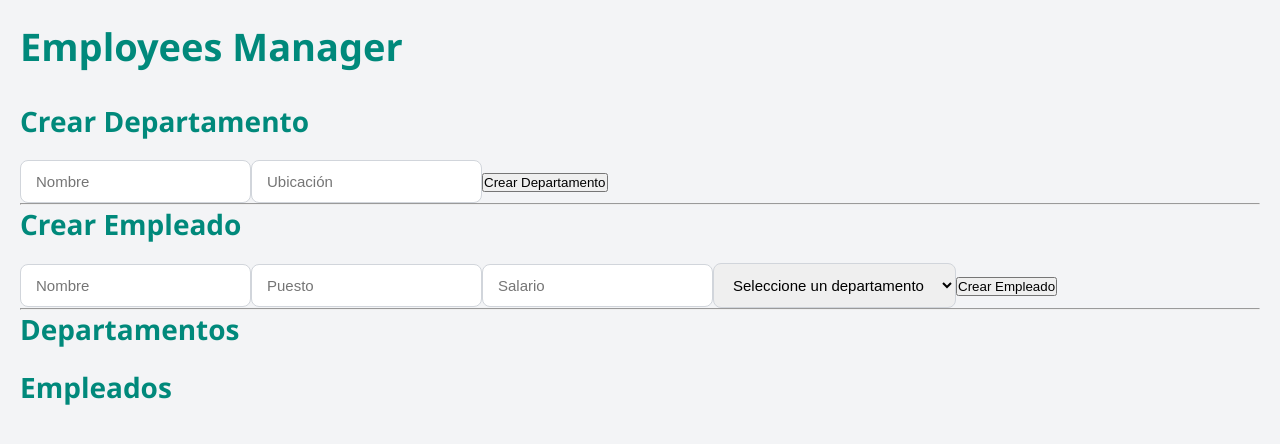
Repository: AnaSofiaRosero/parcial-4
Page: /
The author's editor kept a copy of each file at every save. The page is drawn from the files as they stood at one save, then again after the next save.
The browser window is 1280 px wide. The pictures show the whole page.
The project was rebuilt for these pictures with package versions that can differ from the ones it lists, and the page was loaded fresh each time. Also part of the build but not shown: vite.config.ts, src/index.css.

Above is the page before, as saved 2026-06-02 13:58:37.
Console error: TypeError: Cannot read properties of undefined (reading 'from')

### index.html
<!doctype html>
<html lang="en">
  <head>
    <meta charset="UTF-8" />
    <link rel="icon" type="image/svg+xml" href="/favicon.svg" />
    <meta name="viewport" content="width=device-width, initial-scale=1.0" />
    <title>employees-manager</title>
  </head>
  <body>
    <div id="root"></div>
    <script type="module" src="/src/main.tsx"></script>
  </body>
</html>

### src/App.tsx
import { useEffect, useState } from "react";
import { supabase } from "./supabaseClient";
import type { Departamento, Empleado } from "./types";
import "./App.css";

function App() {


  const [departamentos, setDepartamentos] = useState<Departamento[]>([]);
  const [empleados, setEmpleados] = useState<Empleado[]>([]);

  const [editandoDepartamento, setEditandoDepartamento] = useState<string | null>(null);
  const [editandoEmpleado, setEditandoEmpleado] = useState<string | null>(null);

  // Departamento
  const [nombre, setNombre] = useState("");
  const [ubicacion, setUbicacion] = useState("");

  // Empleado
  const [nombreEmpleado, setNombreEmpleado] = useState("");
  const [puesto, setPuesto] = useState("");
  const [salario, setSalario] = useState("");
  const [departamentoId, setDepartamentoId] = useState("");

  useEffect(() => {
    cargarDepartamentos();
    cargarEmpleados();
  }, []);

  const cargarDepartamentos = async () => {
    const { data, error } = await supabase
      .from("departamentos")
      .select("*");

    if (error) {
      console.log(error);
      return;
    }

    setDepartamentos(data || []);
  };

  const cargarEmpleados = async () => {
    const { data, error } = await supabase
      .from("empleados")
      .select("*");

    if (error) {
      console.log(error);
      return;
    }

    setEmpleados(data || []);
  };

  const crearDepartamento = async () => {
    if (!nombre.trim()) {
      alert("El nombre del departamento es obligatorio");
      return;
    }

    const { error } = await supabase
      .from("departamentos")
      .insert([
        {
          nombre,
          ubicacion,
        },
      ]);

    if (error) {
      console.log(error);
      return;
    }

    setNombre("");
    setUbicacion("");

    cargarDepartamentos();
  };

  const guardarDepartamento = async () => {
    if (!editandoDepartamento) return;

    const { error } = await supabase
      .from("departamentos")
      .update({
        nombre,
        ubicacion,
      })
      .eq("id", editandoDepartamento);

    if (error) {
      console.log(error);
      return;
    }

    setNombre("");
    setUbicacion("");
    setEditandoDepartamento(null);

    cargarDepartamentos();
  };

  const editarDepartamento = (departamento: Departamento) => {
    setEditandoDepartamento(departamento.id);
    setNombre(departamento.nombre);
    setUbicacion(departamento.ubicacion);
  };

  const crearEmpleado = async () => {
    if (
      !nombreEmpleado.trim() ||
      !puesto.trim() ||
      !salario ||
      !departamentoId
    ) {
      alert("Complete todos los campos");
      return;
    }

    const { error } = await supabase
      .from("empleados")
      .insert([
        {
          nombre: nombreEmpleado,
          puesto,
          salario: Number(salario),
          departamento_id: departamentoId,
        },
      ]);

    if (error) {
      console.log(error);
      return;
    }

    setNombreEmpleado("");
    setPuesto("");
    setSalario("");
    setDepartamentoId("");

    cargarEmpleados();
  };

  const guardarEmpleado = async () => {
    if (!editandoEmpleado) return;

    const { error } = await supabase
      .from("empleados")
      .update({
        nombre: nombreEmpleado,
        puesto,
        salario: Number(salario),
        departamento_id: departamentoId,
      })
      .eq("id", editandoEmpleado);

    if (error) {
      console.log(error);
      return;
    }

    setNombreEmpleado("");
    setPuesto("");
    setSalario("");
    setDepartamentoId("");
    setEditandoEmpleado(null);

    cargarEmpleados();
  };

  const editarEmpleado = (empleado: Empleado) => {
    setEditandoEmpleado(empleado.id);

    setNombreEmpleado(empleado.nombre);
    setPuesto(empleado.puesto);
    setSalario(String(empleado.salario));
    setDepartamentoId(empleado.departamento_id);
  };

  const eliminarEmpleado = async (id: string) => {
    const { error } = await supabase
      .from("empleados")
      .delete()
      .eq("id", id);

    if (error) {
      console.log(error);
      return;
    }

    cargarEmpleados();
  };

  const eliminarDepartamento = async (id: string) => {
    const { error } = await supabase
      .from("departamentos")
      .delete()
      .eq("id", id);

    if (error) {
      console.log(error);
      alert(
        "No puedes eliminar un departamento que tenga empleados asociados"
      );
      return;
    }

    cargarDepartamentos();
  };

  return (
    <div style={{ padding: "20px" }}>
      <h1>Employees Manager</h1>

      <h2>Crear Departamento</h2>

      <input
        type="text"
        placeholder="Nombre"
        value={nombre}
        onChange={(e) => setNombre(e.target.value)}
      />

      <input
        type="text"
        placeholder="Ubicación"
        value={ubicacion}
        onChange={(e) => setUbicacion(e.target.value)}
      />

      {editandoDepartamento ? (
        <button onClick={guardarDepartamento}>
          Guardar Cambios
        </button>
      ) : (
        <button onClick={crearDepartamento}>
          Crear Departamento
        </button>
      )}

      <hr />

      <h2>Crear Empleado</h2>

      <input
        type="text"
        placeholder="Nombre"
        value={nombreEmpleado}
        onChange={(e) => setNombreEmpleado(e.target.value)}
      />

      <input
        type="text"
        placeholder="Puesto"
        value={puesto}
        onChange={(e) => setPuesto(e.target.value)}
      />

      <input
        type="number"
        placeholder="Salario"
        value={salario}
        onChange={(e) => setSalario(e.target.value)}
      />

      <select
        value={departamentoId}
        onChange={(e) => setDepartamentoId(e.target.value)}
      >
        <option value="">
          Seleccione un departamento
        </option>

        {departamentos.map((departamento) => (
          <option
            key={departamento.id}
            value={departamento.id}
          >
            {departamento.nombre}
          </option>
        ))}
      </select>

      {editandoEmpleado ? (
        <button onClick={guardarEmpleado}>
          Guardar Cambios
        </button>
      ) : (
        <button onClick={crearEmpleado}>
          Crear Empleado
        </button>
      )}

      <hr />

      <h2>Departamentos</h2>

      {departamentos.map((departamento) => (
        <div key={departamento.id}>
          <p>
            <strong>{departamento.nombre}</strong>
          </p>

          <p>{departamento.ubicacion}</p>

          <button
            onClick={() =>
              editarDepartamento(departamento)
            }
          >
            Editar
          </button>

          <button
            onClick={() =>
              eliminarDepartamento(departamento.id)
            }
          >
            Eliminar
          </button>

          <hr />
        </div>
      ))}

      <h2>Empleados</h2>

      {empleados.map((empleado) => {
        const departamento = departamentos.find(
          (d) => d.id === empleado.departamento_id
        );

        return (
          <div key={empleado.id}>
            <p>
              <strong>{empleado.nombre}</strong>
            </p>

            <p>{empleado.puesto}</p>

            <p>Salario: ${empleado.salario}</p>

            <p>
              Departamento:{" "}
              {departamento?.nombre || "Sin departamento"}
            </p>

            <button
              onClick={() =>
                editarEmpleado(empleado)
              }
            >
              Editar
            </button>

            <button
              onClick={() =>
                eliminarEmpleado(empleado.id)
              }
            >
              Eliminar
            </button>

            <hr />
          </div>
        );
      })}
    </div>
  );
}

export default App;

### src/App.css
*{
  margin:0;
  padding:0;
  box-sizing:border-box;
}

body{
  background:#f3f4f6;
  font-family:'Segoe UI', Tahoma, Geneva, Verdana, sans-serif;
  color:#374151;
}

#root{
  width:100%;
  min-height:100vh;
}

.container{
  max-width:1200px;
  margin:auto;
  padding:30px;
}

h1{
  color:#00897b;
  margin-bottom:30px;
  font-size:38px;
}

h2{
  color:#00897b;
  margin-bottom:20px;
  font-size:28px;
}

.formSection{
  background:white;
  border-radius:12px;
  padding:25px;
  margin-bottom:30px;
  box-shadow:0 4px 20px rgba(0,0,0,.08);
}

.formSection h2{
  margin-bottom:20px;
}

.formRow{
  display:flex;
  gap:15px;
  flex-wrap:wrap;
}

input,
select{
  flex:1;
  min-width:180px;
  padding:12px 15px;
  border:1px solid #d1d5db;
  border-radius:8px;
  font-size:15px;
  outline:none;
}

input:focus,
select:focus{
  border-color:#009688;
}

.primaryBtn{
  background:#009688;
  color:white;
  border:none;
  padding:12px 20px;
  border-radius:8px;
  font-weight:600;
  cursor:pointer;
  transition:.2s;
}

.primaryBtn:hover{
  background:#00796b;
}

.editBtn{
  background:none;
  border:none;
  color:#009688;
  cursor:pointer;
  font-weight:600;
  margin-right:15px;
}

.deleteBtn{
  background:none;
  border:none;
  color:#ef4444;
  cursor:pointer;
  font-weight:600;
}

.grid{
  display:grid;
  grid-template-columns:1fr 1fr;
  gap:25px;
}

.tableCard{
  background:white;
  border-radius:12px;
  overflow:hidden;
  box-shadow:0 4px 20px rgba(0,0,0,.08);
}

.tableHeader{
  padding:20px;
  border-bottom:1px solid #e5e7eb;
}

.tableHeader h2{
  margin:0;
}

table{
  width:100%;
  border-collapse:collapse;
}

th{
  text-align:left;
  padding:16px;
  background:#f9fafb;
  color:#6b7280;
  font-size:13px;
  text-transform:uppercase;
}

td{
  padding:16px;
  border-top:1px solid #e5e7eb;
}

tr:hover{
  background:#fafafa;
}

.salary{
  font-weight:600;
}

.navbar{
  background:white;
  height:70px;
  margin-bottom:30px;
  border-radius:12px;
  box-shadow:0 2px 15px rgba(0,0,0,.08);

  display:flex;
  justify-content:space-between;
  align-items:center;

  padding:0 25px;
}

.logo{
  color:#009688;
  font-size:24px;
  font-weight:700;
}

.menu{
  display:flex;
  gap:25px;
}

.menu span{
  color:#6b7280;
  font-weight:500;
}

@media(max-width:900px){

  .grid{
    grid-template-columns:1fr;
  }

  .formRow{
    flex-direction:column;
  }

  input,
  select{
    width:100%;
  }

  table{
    display:block;
    overflow-x:auto;
  }
}

Loaded but not shown: src/main.tsx (common file); src/supabaseClient.ts (no stored copy; drawn as an empty file)

After the next save:
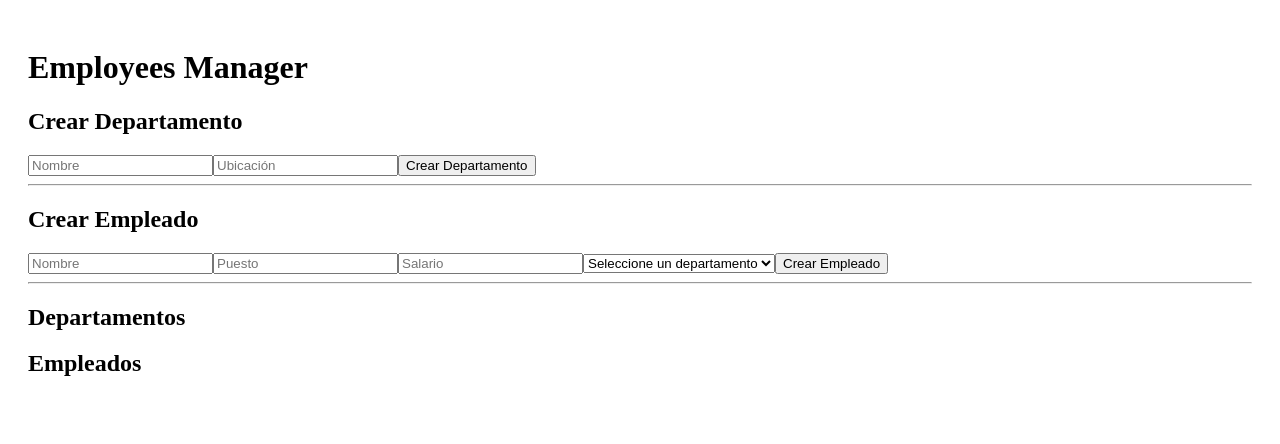
Saved 3 s later.
--- a/src/App.tsx
+++ b/src/App.tsx
@@ -1,11 +1,9 @@
 import { useEffect, useState } from "react";
 import { supabase } from "./supabaseClient";
 import type { Departamento, Empleado } from "./types";
-import "./App.css";
+
 
 function App() {
-
-
   const [departamentos, setDepartamentos] = useState<Departamento[]>([]);
   const [empleados, setEmpleados] = useState<Empleado[]>([]);
 
